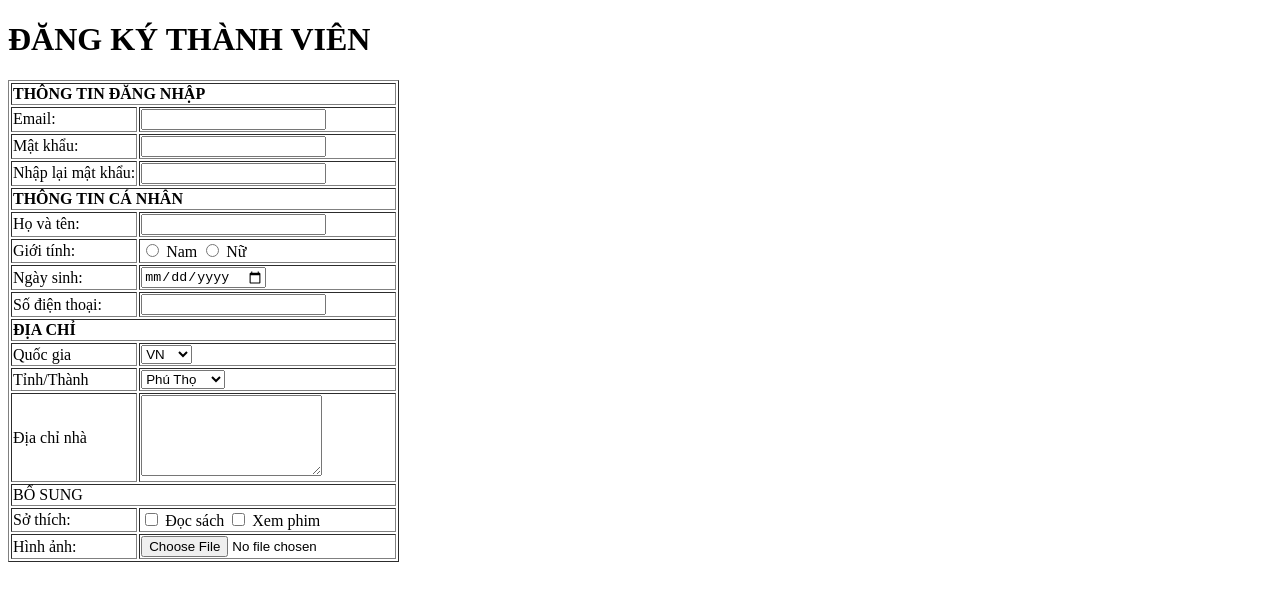
Repository: PhiKhongHoang/JSP-Servlet
Page: Bai2_HTML/src/main/webapp/register.html
The author's editor kept a copy of each file at every save. The page is drawn from the files as they stood at one save, then again after the next save.
The browser window is 1280 px wide. The pictures show the whole page.

Above is the page before, as saved 2024-02-16 10:01:59.

### Bai2_HTML/src/main/webapp/register.html
<!DOCTYPE html>
<html>
<head>
<meta charset="UTF-8">
<title>Đăng ký</title>
</head>
<body>
	<h1>ĐĂNG KÝ THÀNH VIÊN</h1>
	<table border="1">
		<tbody>
			<tr>
				<td colspan="2"><b>THÔNG TIN ĐĂNG NHẬP</b></td>
			</tr>
			<tr>
				<td>Email:</td>
				 <td><input type="email" name="email" id="idEmail"></td>
			</tr>
			<tr>
				<td>Mật khẩu:</td>
				 <td><input type="password" name="password" id="idPassword"></td>
			</tr>
			<tr>
				<td>Nhập lại mật khẩu:</td>
				 <td><input type="password" name="re_password" id="idRe_Password"></td>
			</tr>

			<tr>
				<td colspan="2"><b>THÔNG TIN CÁ NHÂN</b></td>
			</tr>
			<tr>
				<td>Họ và tên:</td>
				<td><input type="text" name="name" id="idName"></td>
			</tr>
			<tr>
				<td>Giới tính:</td>
				<td>
					<input type="radio" name="gioiTinh" id="idGioiTinhM" value="M">
						<label for="idGioiTinhM">Nam</label>
					<input type="radio" name="gioiTinh" id="idGioiTinhF" value="F">
						<label for="idGioiTinhF">Nữ</label>
				</td>
			</tr>
			<tr>
				<td>Ngày sinh:</td>
				<td><input type="date" name="ngaySinh" id="idNgaySinh"></td>
			</tr>
			<tr>
				<td>Số điện thoại:</td>
				<td><input type="tel" name="soDienThoai" id="idSoDienThoai"></td>
			</tr>

			<tr>
				<td colspan="2"><b>ĐỊA CHỈ</b></td>
			</tr>
			<tr>
				<td>Quốc gia</td>
				<td>
					<select name="quocGia" id="idQuocGia">
						<option value="vn">VN</option>
						<option value="lao">Lào</option>
						<option value="cpc">CPC</option>
					</select>
				</td>
			</tr>
			<tr>
				<td>Tỉnh/Thành</td>
				<td>
					<select name="tinhThanh" id="idTinhThanh">
						<option value="pt">Phú Thọ</option>
						<option value="hn">Hà Nội</option>
						<option value="vp">Vĩnh Phúc</option>
					</select>
				</td>
			</tr>
			<tr>
				<td>Địa chỉ nhà</td>
				<td>
					<textarea rows="5" cols=""></textarea>
				</td>
			</tr>

			<tr>
				<td colspan="2">BỔ SUNG</td>
			</tr>
			<tr>
				<td>Sở thích:</td>
				<td>
					<input type="checkbox" name="soThich" id="idSoThichDocSach">
						<label for="idSoThichDocSach">Đọc sách</label>
					<input type="checkbox" name="soThich" id="idSoThichXemPhim">
						<label for="idSoThichXemPhim">Xem phim</label>
				</td>
			</tr>
			<tr>
				<td>Hình ảnh:</td>
				<td>
					<input type="file" name="hinhAnh" id="idHinhAnh">
				</td>
			</tr>
		</tbody>
	</table>
</body>
</html>

After the next save:
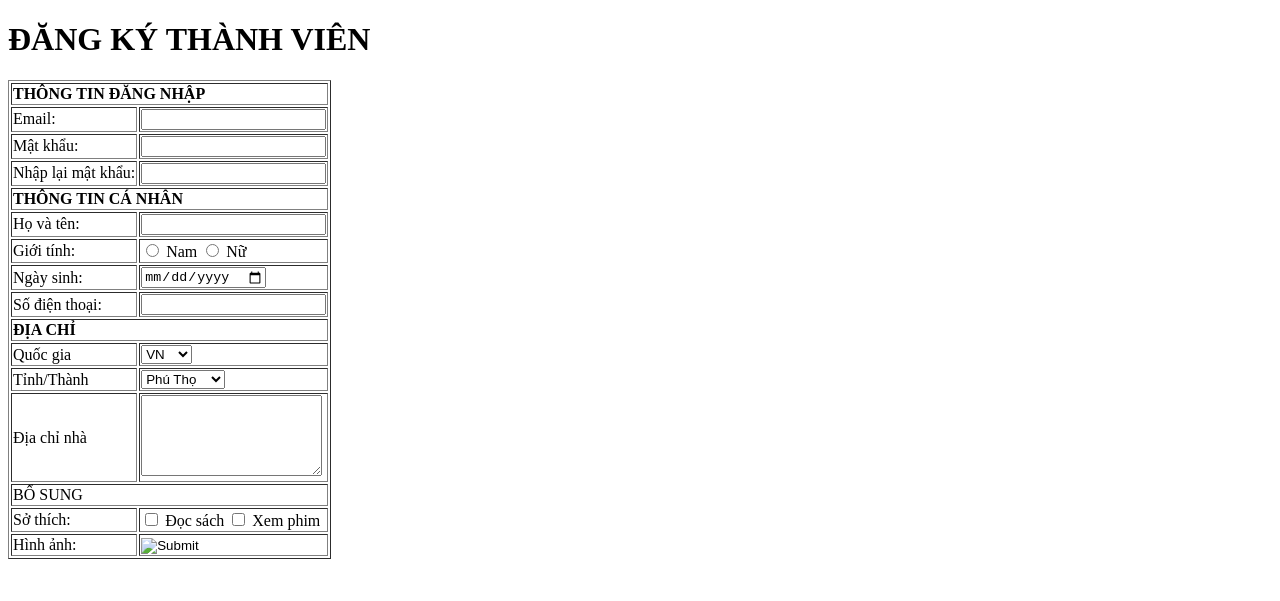
Saved 16 s later.
--- a/Bai2_HTML/src/main/webapp/register.html
+++ b/Bai2_HTML/src/main/webapp/register.html
@@ -94,7 +94,7 @@
 			<tr>
 				<td>Hình ảnh:</td>
 				<td>
-					<input type="file" name="hinhAnh" id="idHinhAnh">
+					<input type="image" name="hinhAnh" id="idHinhAnh">
 				</td>
 			</tr>
 		</tbody>

After the save that followed:
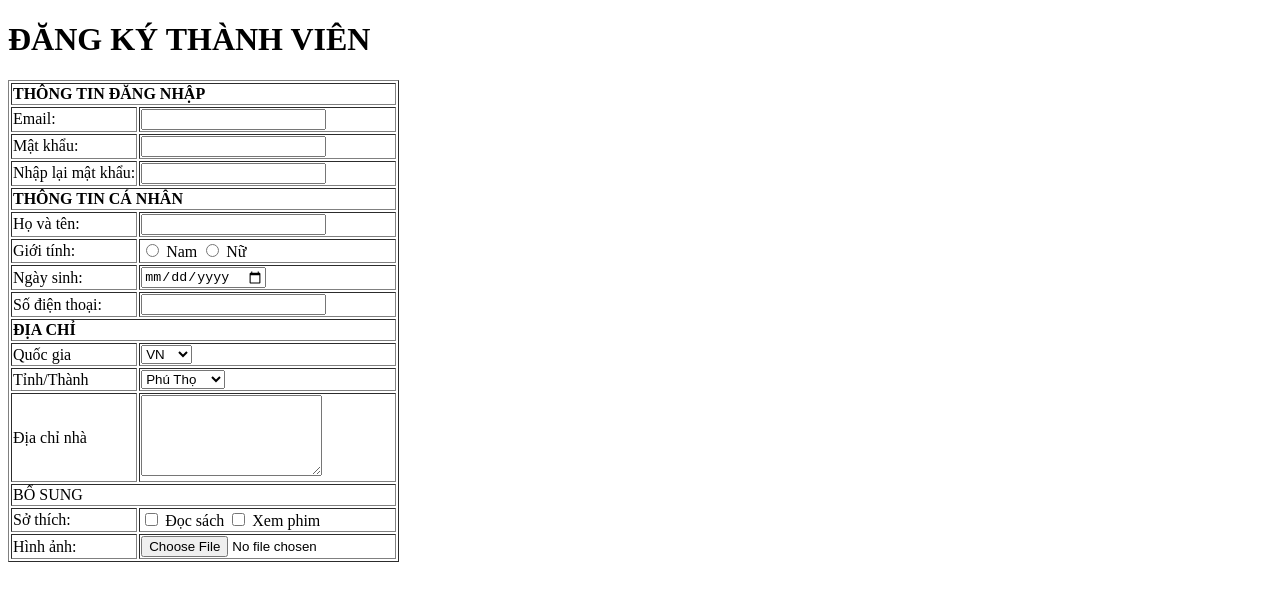
Saved 10 s later.
--- a/Bai2_HTML/src/main/webapp/register.html
+++ b/Bai2_HTML/src/main/webapp/register.html
@@ -94,7 +94,7 @@
 			<tr>
 				<td>Hình ảnh:</td>
 				<td>
-					<input type="image" name="hinhAnh" id="idHinhAnh">
+					<input type="file" name="hinhAnh" id="idHinhAnh">
 				</td>
 			</tr>
 		</tbody>
